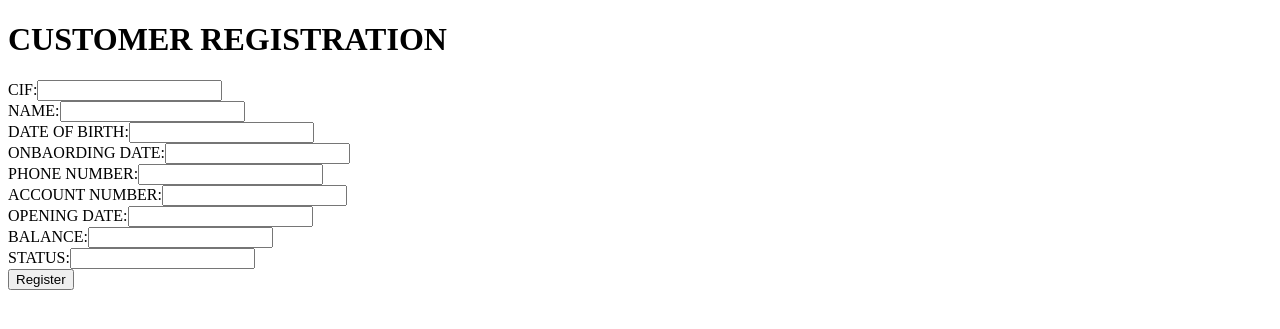
Repository: rajeshmalviya2011/MyRepo
Page: http://localhost/spring-boot/registration.jsp
The author's editor kept a copy of each file at every save. The page is drawn from the files as they stood at one save, then again after the next save.
The browser window is 1280 px wide. The pictures show the whole page.
The page is served by Tomcat 9.

Above is the page before, as saved 2020-08-07 11:41:45.

After the next save:
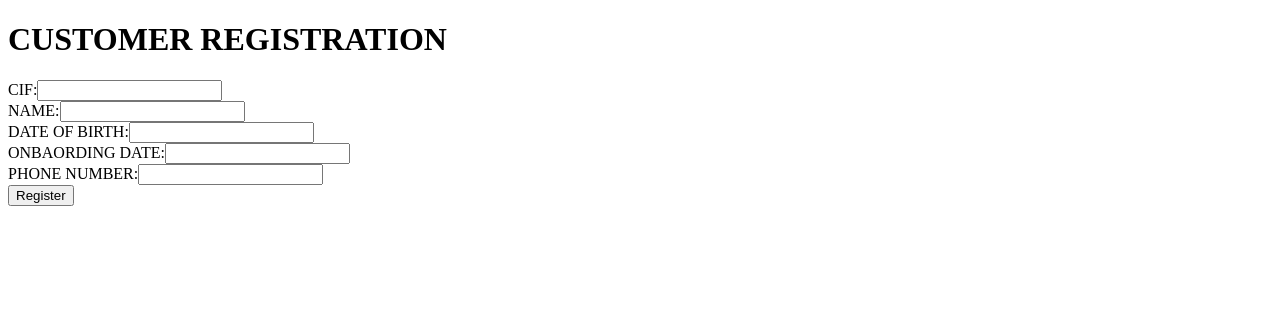
Saved 10 s later.
--- a/spring-boot/src/main/webapp/registration.jsp
+++ b/spring-boot/src/main/webapp/registration.jsp
@@ -14,10 +14,6 @@
 		DATE OF BIRTH:<input type="text" name="dob"><br>
 		ONBAORDING DATE:<input type="text" name="onBoardingDate"><br>
 		PHONE NUMBER:<input type="text" name="phone"><br>
-		ACCOUNT NUMBER:<input type="text" name="accNo"><br>
-		OPENING DATE:<input type="text" name="openingDate"><br>
-		BALANCE:<input type="text" name="balance"><br>
-		STATUS:<input type="text" name="status"><br>
 		<input type="submit" value="Register">
 	</form>
 </body>
